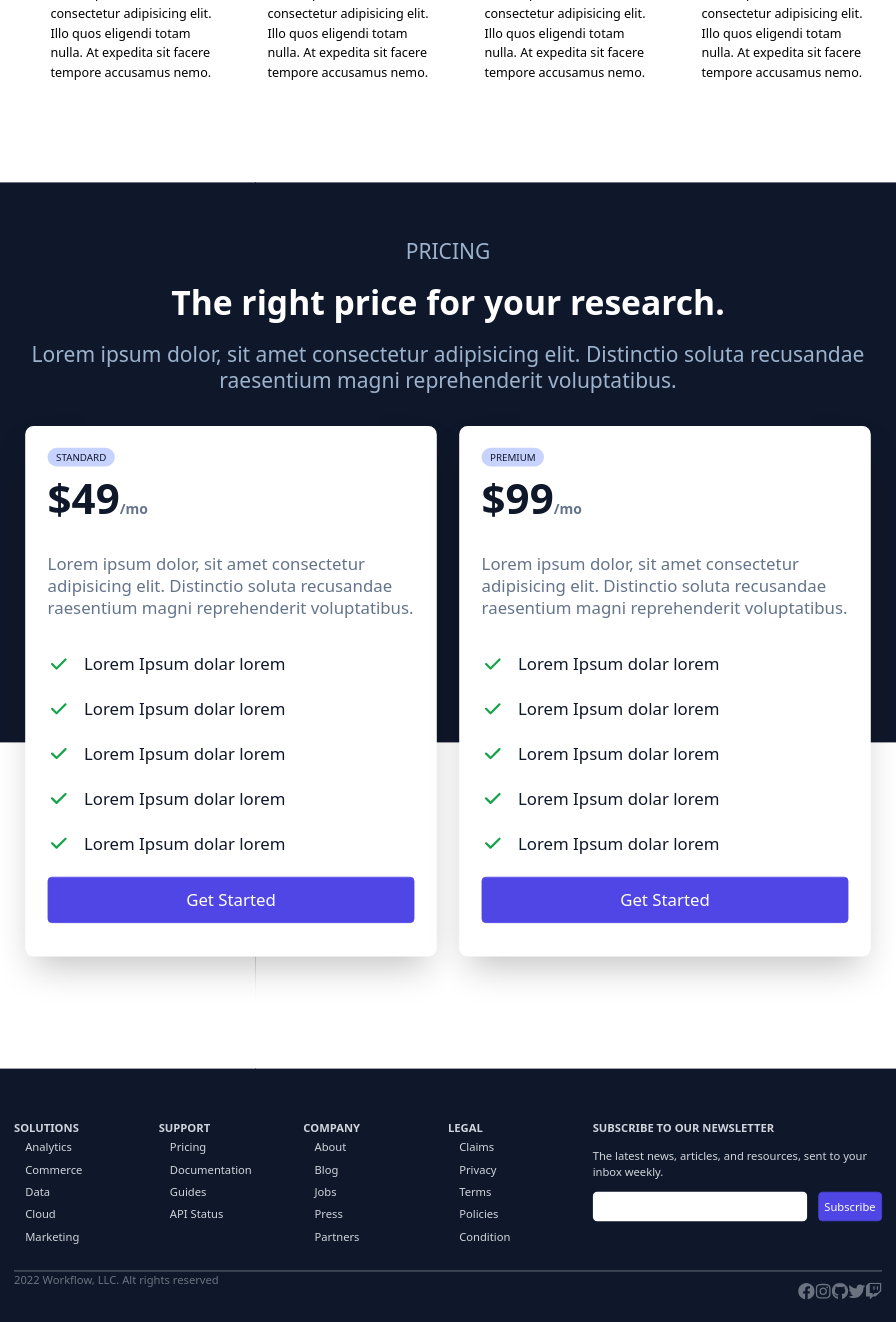
Repository: adrcstro/react-project-2
Page: /
The author's editor kept a copy of each file at every save. The page is drawn from the files as they stood at one save, then again after the next save.
The browser window is 1280 px wide. The pictures show the part of the page from y = 2742 to 4662 px (the page is 4630 px tall before and 4662 px after), at 70% of full size.
The project was rebuilt for these pictures with package versions that can differ from the ones it lists, and the page was loaded fresh each time.

Above is the page before, as saved 2024-08-16 08:35:30.

After the next save:
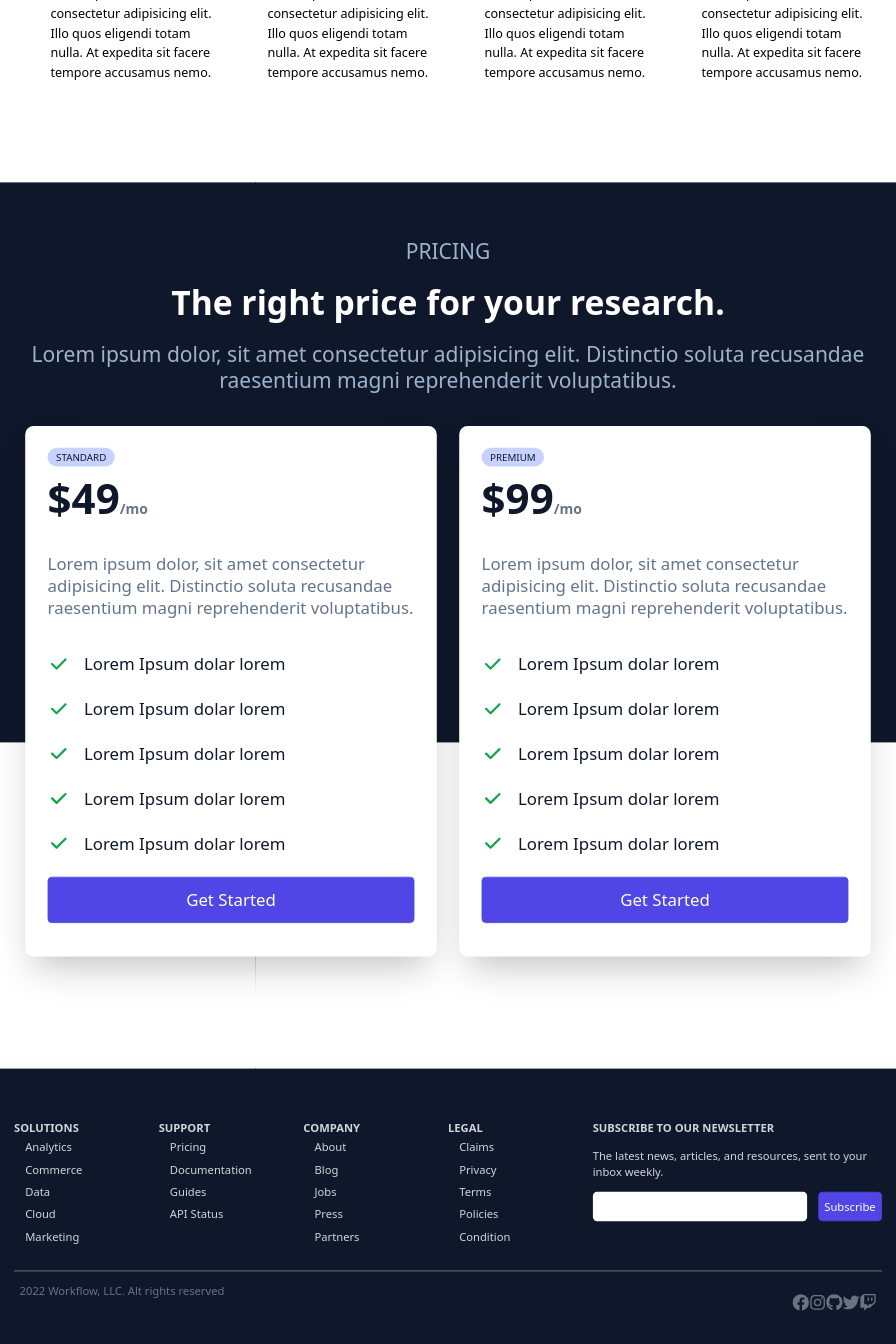
Saved 38 s later.
--- a/src/components/Footer.jsx
+++ b/src/components/Footer.jsx
@@ -62,7 +62,7 @@ function Footer() {
                </form>
             </div>
         </div>
-        <div className='flex max-w-[1240px] mx-auto justify-between sm:flex-row text-center text-gray-500'>
+        <div className='flex max-w-[1240px] px-2 py-4 mx-auto justify-between sm:flex-row text-center text-gray-500'>
             <p>2022 Workflow, LLC. Alt rights reserved</p>
             <div className='flex justify-between sm:max-w-[300px] pt-4 text-2xl'>
                 <FaFacebook/>
